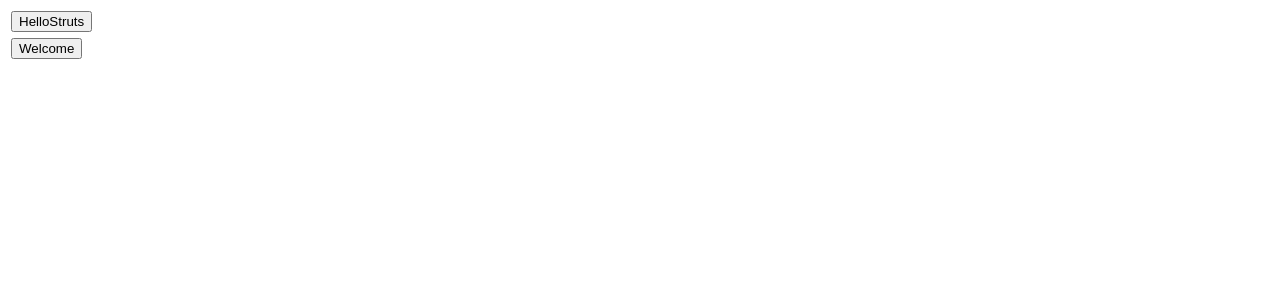
Repository: 1209mori05/test
Page: http://localhost/WebProj3/
The author's editor kept a copy of each file at every save. The page is drawn from the files as they stood at one save, then again after the next save.
The browser window is 1280 px wide. The pictures show the whole page.
The page is served by Tomcat 9.

Above is the page before, as saved 2018-03-14 08:34:00.

After the next save:
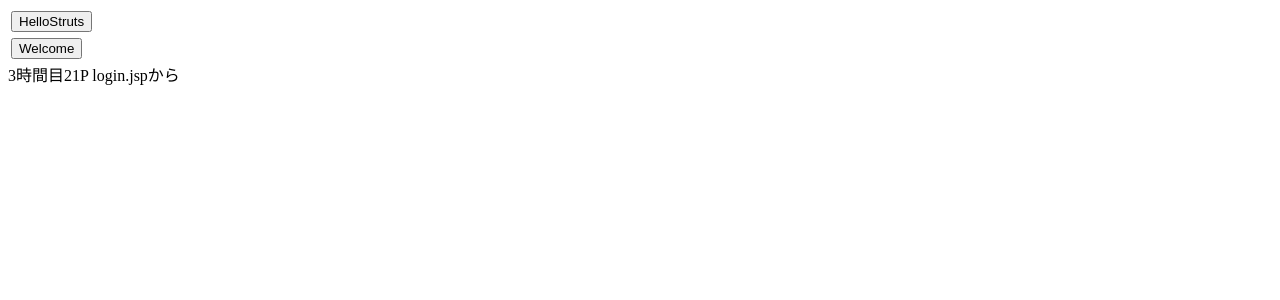
Saved 10 min 5 s later.
--- a/WebProj3/WebContent/index.jsp
+++ b/WebProj3/WebContent/index.jsp
@@ -15,5 +15,8 @@
 	<s:form action="WelcomeAction">
 		<s:submit value="Welcome" />
 	</s:form>
+
+	3時間目21P login.jspから
+
 </body>
 </html>
